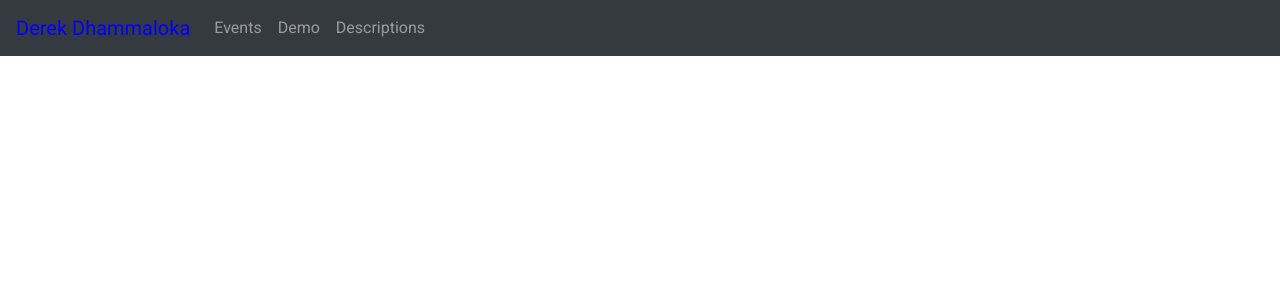
Repository: derektypist/product-landing-page
Page: index.html
The author's editor kept a record of every edit. The page is drawn from the files as they stood at one moment, then again after the next edit.
The browser window is 1280 px wide. The pictures show the whole page.

Above is the page before.

### index.html
<!DOCTYPE html>
<html lang="en">

<head>
    <meta charset="UTF-8">
    <meta name="viewport" content="width=device-width, initial-scale=1.0">
    <meta http-equiv="X-UA-Compatible" content="ie=edge">
    <title>Product Landing Page</title>
    <!-- Load Style Sheets -->
    <link rel="stylesheet" href="https://maxcdn.bootstrapcdn.com/bootstrap/4.4.1/css/bootstrap.min.css" integrity="sha384-Vkoo8x4CGsO3+Hhxv8T/Q5PaXtkKtu6ug5TOeNV6gBiFeWPGFN9MuhOf23Q9Ifjh" crossorigin="anonymous">
    <link rel="stylesheet" href="https://maxcdn.bootstrapcdn.com/font-awesome/4.7.0/css/font-awesome.min.css" type="text/css" />
    <link href="https://fonts.googleapis.com/css?family=Roboto&display=swap" rel="stylesheet">
    <style>
        /* Header and Navigation */

        #header {
            font-family: "Roboto", Arial, Verdana, sans-serif;
        }

        #header-img {
            color: blue;
        }

        #nav-bar {
            background-color: lightgreen;
        }
    </style>
</head>

<body>
    <!-- Set Up Header -->
    <header id="header">
        <!-- Set Up Navigation -->
        <nav class="navbar navbar-expand navbar-dark bg-dark fixed-top" id="nav-bar">
            <a class="navbar-brand mb-0 h1" href="index.html" id="header-img">Derek Dhammaloka</a>
            </a>
            <button class="navbar-toggler" type="button" data-toggle="collapse" data-target="navbarSupportedContent" aria-controls="navbarSupportedContent" aria-expanded="false" aria-label="Toggle navigation">
    <span class="navbar-toggler-icon"></span>
  </button>
            <div class="collapse navbar-collapse" id="navbarSupportedContent">
                <ul class="navbar-nav mr-auto">
                    <li class="nav-item">
                        <a class="nav-link" href="#">Events</a>
                    </li>
                    <li class="nav-item">
                        <a class="nav-link" href="#">Demo</a>
                    </li>
                    <li class="nav-item">
                        <a class="nav-link" href="#">Descriptions</a>
                    </li>
                </ul>
        </nav>
    </header>
</body>

</html>

After the next edit:
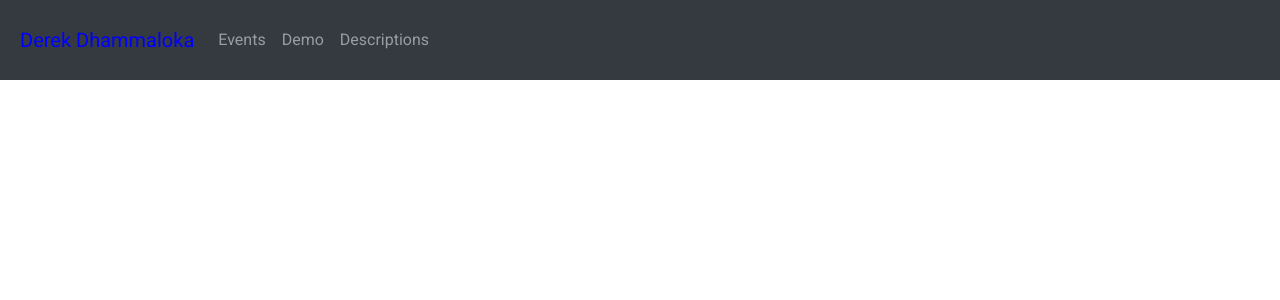
The edit:
--- a/index.html
+++ b/index.html
@@ -22,7 +22,7 @@
         }
 
         #nav-bar {
-            background-color: lightgreen;
+            padding: 20px;
         }
     </style>
 </head>
